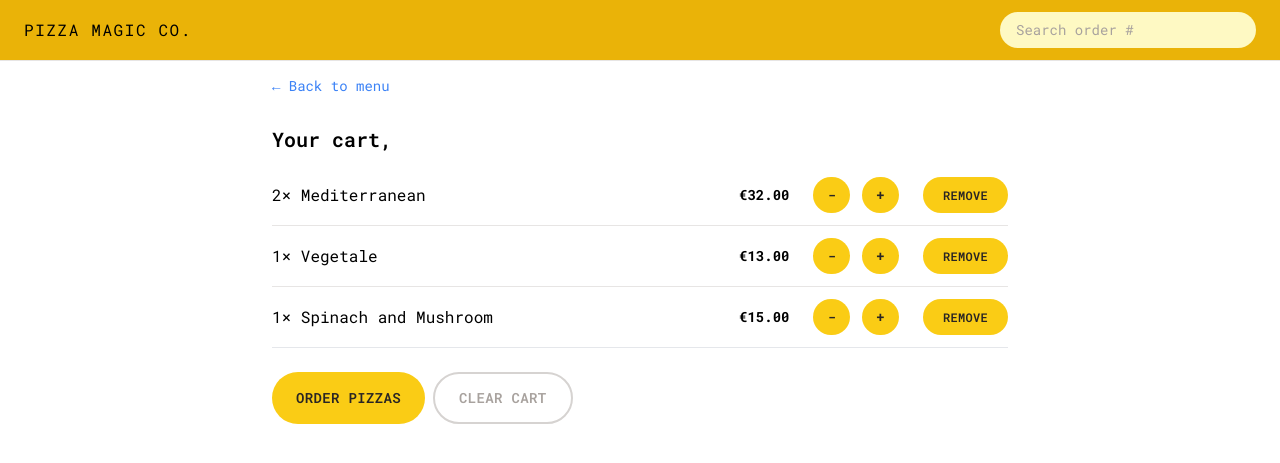
Repository: SyLe-Van/The-Pizza-Magic-web
Page: /cart
The author's editor kept a copy of each file at every save. The page is drawn from the files as they stood at one save, then again after the next save.
The browser window is 1280 px wide. The pictures show the whole page.
The project was rebuilt for these pictures with package versions that can differ from the ones it lists, and the page was loaded fresh each time. Also part of the build but not shown: vite.config.js, src/features/user/CreateUser.jsx, src/ui/Home.jsx, src/features/cart/CartOverview.jsx, src/features/user/Username.jsx, src/ui/Loader.jsx, src/services/apiRestaurant.js, src/features/menu/Menu.jsx and 3 more. Imported but missing from the stored project, and not drawn on this page: src/features/menu/MenuItem.

Above is the page before, as saved 2024-07-29 01:02:22.

After the next save:
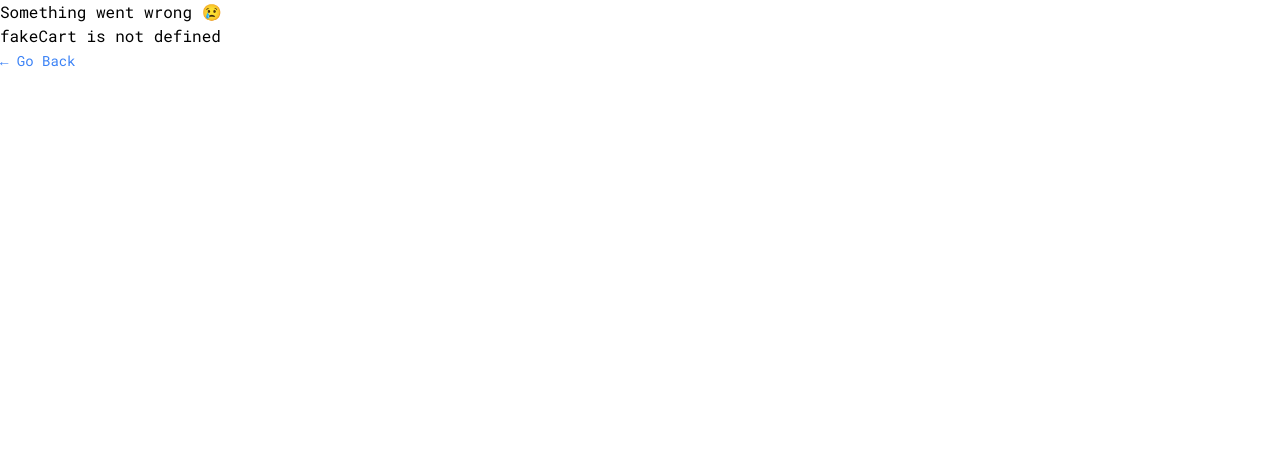
Console error: ReferenceError: fakeCart is not defined
Saved 6 min 42 s later.
--- a/src/features/cart/Cart.jsx
+++ b/src/features/cart/Cart.jsx
@@ -3,29 +3,6 @@ import LinkButton from '../../ui/LinkButton';
 import Button from '../../ui/Button';
 import CartItem from './CartItem';
 import { useSelector } from 'react-redux';
-const fakeCart = [
-  {
-    pizzaId: 12,
-    name: 'Mediterranean',
-    quantity: 2,
-    unitPrice: 16,
-    totalPrice: 32,
-  },
-  {
-    pizzaId: 6,
-    name: 'Vegetale',
-    quantity: 1,
-    unitPrice: 13,
-    totalPrice: 13,
-  },
-  {
-    pizzaId: 11,
-    name: 'Spinach and Mushroom',
-    quantity: 1,
-    unitPrice: 15,
-    totalPrice: 15,
-  },
-];
 
 function Cart() {
     const username = useSelector(state => state.user.username);
